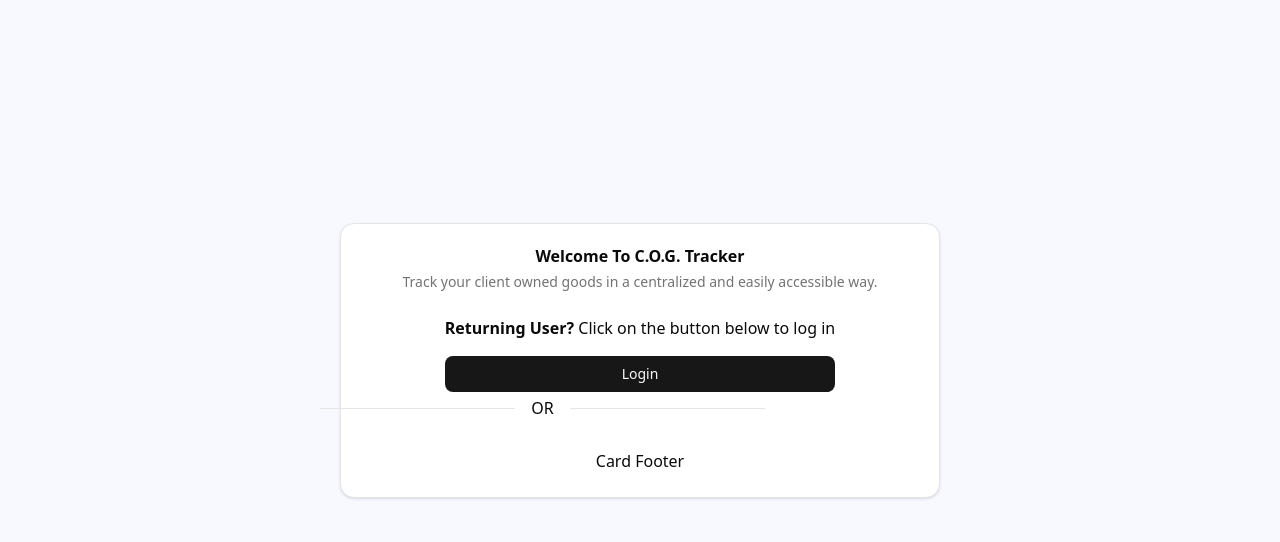
Repository: Renzo-Salosagcol/cog_tracker
Page: /
These files come from the project's save history. The page is drawn as it stood at one moment and after the next save; the edit follows.
The browser window is 1280 px wide. The pictures show the whole page.
The project was rebuilt for these pictures with package versions that can differ from the ones it lists, and the page was loaded fresh each time. The framework's server and built-in components were replaced by stand-ins that run in the browser. Also part of the build but not shown: next.config.ts.

Above is the page before, as saved 2025-12-17 23:26:26.

### app/layout.tsx
import type { Metadata } from "next";
import { Geist, Geist_Mono } from "next/font/google";
import "./globals.css";

const geistSans = Geist({
  variable: "--font-geist-sans",
  subsets: ["latin"],
});

const geistMono = Geist_Mono({
  variable: "--font-geist-mono",
  subsets: ["latin"],
});

export const metadata: Metadata = {
  title: "COG Tracker",
  description: "COG tracker created to track client owned goods in a centralized and easily accessible way",
};

export default function RootLayout({
  children,
}: Readonly<{
  children: React.ReactNode;
}>) {
  return (
    <html lang="en">
      <body
        className={`${geistSans.variable} ${geistMono.variable} antialiased`}
      >
        {children}
      </body>
    </html>
  );
}

### app/page.tsx
import {
  Card,
  CardAction,
  CardContent,
  CardDescription,
  CardFooter,
  CardHeader,
  CardTitle,
} from "@/components/ui/card"
import { Separator } from "@/components/ui/separator"
import { Button } from "@/components/ui/button"

export default function Home() {
  return (
    <div className="root-page-element bg-background">
      <Card className="*
        glassmorphism flex flex-cols-1 min-w-150 items-center justify-center">
        <CardHeader className="w-full items-center justify-center text-center">
          <CardTitle>
            Welcome To C.O.G. Tracker
          </CardTitle>
          <CardDescription>
            Track your client owned goods in a centralized and easily accessible way.
          </CardDescription>
        </CardHeader>
        <CardContent>
          <div className="w-full flex flex-col items-center justify-center gap-4">
            <p>
              <span className="font-semibold">Returning User? </span>
              Click on the button below to log in
            </p>
          <Button className="
            w-full">
            Login
          </Button>
          </div>
          <div className="w-1/2 flex flex-row items-center justify-center">
            <Separator className="m-4" />
            OR
            <Separator className="m-4" />
          </div>
        </CardContent>
        <CardFooter>
          <p>Card Footer</p>
        </CardFooter>
      </Card>
    </div>
  );
}

### app/globals.css
@import "tailwindcss";
@import "tw-animate-css";

@custom-variant dark (&:is(.dark *));

@theme inline {
  --radius-sm: calc(var(--radius) - 4px);
  --radius-md: calc(var(--radius) - 2px);
  --radius-lg: var(--radius);
  --radius-xl: calc(var(--radius) + 4px);
  --radius-2xl: calc(var(--radius) + 8px);
  --radius-3xl: calc(var(--radius) + 12px);
  --radius-4xl: calc(var(--radius) + 16px);
  --color-background: var(--background);
  --color-foreground: var(--foreground);
  --color-card: var(--card);
  --color-card-foreground: var(--card-foreground);
  --color-popover: var(--popover);
  --color-popover-foreground: var(--popover-foreground);
  --color-primary: var(--primary);
  --color-primary-foreground: var(--primary-foreground);
  --color-secondary: var(--secondary);
  --color-secondary-foreground: var(--secondary-foreground);
  --color-muted: var(--muted);
  --color-muted-foreground: var(--muted-foreground);
  --color-accent: var(--accent);
  --color-accent-foreground: var(--accent-foreground);
  --color-destructive: var(--destructive);
  --color-border: var(--border);
  --color-input: var(--input);
  --color-ring: var(--ring);
  --color-chart-1: var(--chart-1);
  --color-chart-2: var(--chart-2);
  --color-chart-3: var(--chart-3);
  --color-chart-4: var(--chart-4);
  --color-chart-5: var(--chart-5);
  --color-sidebar: var(--sidebar);
  --color-sidebar-foreground: var(--sidebar-foreground);
  --color-sidebar-primary: var(--sidebar-primary);
  --color-sidebar-primary-foreground: var(--sidebar-primary-foreground);
  --color-sidebar-accent: var(--sidebar-accent);
  --color-sidebar-accent-foreground: var(--sidebar-accent-foreground);
  --color-sidebar-border: var(--sidebar-border);
  --color-sidebar-ring: var(--sidebar-ring);
}

:root {
  --radius: 0.625rem;
  --background: #f8f8ff; /* Ghost White */
  --foreground: #080808; /* Vampire Black */
  --card: oklch(1 0 0);
  --card-foreground: oklch(0.145 0 0);
  --popover: oklch(1 0 0);
  --popover-foreground: oklch(0.145 0 0);
  --primary: oklch(0.205 0 0);
  --primary-foreground: oklch(0.985 0 0);
  --secondary: oklch(0.97 0 0);
  --secondary-foreground: oklch(0.205 0 0);
  --muted: oklch(0.97 0 0);
  --muted-foreground: oklch(0.556 0 0);
  --accent: oklch(0.97 0 0);
  --accent-foreground: oklch(0.205 0 0);
  --destructive: oklch(0.577 0.245 27.325);
  --border: oklch(0.922 0 0);
  --input: oklch(0.922 0 0);
  --ring: oklch(0.708 0 0);
  --chart-1: oklch(0.646 0.222 41.116);
  --chart-2: oklch(0.6 0.118 184.704);
  --chart-3: oklch(0.398 0.07 227.392);
  --chart-4: oklch(0.828 0.189 84.429);
  --chart-5: oklch(0.769 0.188 70.08);
  --sidebar: oklch(0.985 0 0);
  --sidebar-foreground: oklch(0.145 0 0);
  --sidebar-primary: oklch(0.205 0 0);
  --sidebar-primary-foreground: oklch(0.985 0 0);
  --sidebar-accent: oklch(0.97 0 0);
  --sidebar-accent-foreground: oklch(0.205 0 0);
  --sidebar-border: oklch(0.922 0 0);
  --sidebar-ring: oklch(0.708 0 0);
}

.dark {
  --background: #080808; /* Vampire Black */
  --foreground: #f8f8ff; /* Ghost White */
  --card: oklch(0.205 0 0);
  --card-foreground: oklch(0.985 0 0);
  --popover: oklch(0.205 0 0);
  --popover-foreground: oklch(0.985 0 0);
  --primary: oklch(0.922 0 0);
  --primary-foreground: oklch(0.205 0 0);
  --secondary: oklch(0.269 0 0);
  --secondary-foreground: oklch(0.985 0 0);
  --muted: oklch(0.269 0 0);
  --muted-foreground: oklch(0.708 0 0);
  --accent: oklch(0.269 0 0);
  --accent-foreground: oklch(0.985 0 0);
  --destructive: oklch(0.704 0.191 22.216);
  --border: oklch(1 0 0 / 10%);
  --input: oklch(1 0 0 / 15%);
  --ring: oklch(0.556 0 0);
  --chart-1: oklch(0.488 0.243 264.376);
  --chart-2: oklch(0.696 0.17 162.48);
  --chart-3: oklch(0.769 0.188 70.08);
  --chart-4: oklch(0.627 0.265 303.9);
  --chart-5: oklch(0.645 0.246 16.439);
  --sidebar: oklch(0.205 0 0);
  --sidebar-foreground: oklch(0.985 0 0);
  --sidebar-primary: oklch(0.488 0.243 264.376);
  --sidebar-primary-foreground: oklch(0.985 0 0);
  --sidebar-accent: oklch(0.269 0 0);
  --sidebar-accent-foreground: oklch(0.985 0 0);
  --sidebar-border: oklch(1 0 0 / 10%);
  --sidebar-ring: oklch(0.556 0 0);
}

@layer base {
  * {
    @apply border-border outline-ring/50;
  }
  body {
    @apply bg-background text-foreground;
  }
}

@utility root-page-element {
  @apply min-h-screen flex flex-col items-center justify-center;
}

@utility glassmorphism {
  @apply bg-background/70 backdrop-blur-lg
}

### components/ui/card.tsx
import * as React from "react"

import { cn } from "@/lib/utils"

function Card({ className, ...props }: React.ComponentProps<"div">) {
  return (
    <div
      data-slot="card"
      className={cn(
        "bg-card text-card-foreground flex flex-col gap-6 rounded-xl border py-6 shadow-sm",
        className
      )}
      {...props}
    />
  )
}

function CardHeader({ className, ...props }: React.ComponentProps<"div">) {
  return (
    <div
      data-slot="card-header"
      className={cn(
        "@container/card-header grid auto-rows-min grid-rows-[auto_auto] items-start gap-2 px-6 has-data-[slot=card-action]:grid-cols-[1fr_auto] [.border-b]:pb-6",
        className
      )}
      {...props}
    />
  )
}

function CardTitle({ className, ...props }: React.ComponentProps<"div">) {
  return (
    <div
      data-slot="card-title"
      className={cn("leading-none font-semibold", className)}
      {...props}
    />
  )
}

function CardDescription({ className, ...props }: React.ComponentProps<"div">) {
  return (
    <div
      data-slot="card-description"
      className={cn("text-muted-foreground text-sm", className)}
      {...props}
    />
  )
}

function CardAction({ className, ...props }: React.ComponentProps<"div">) {
  return (
    <div
      data-slot="card-action"
      className={cn(
        "col-start-2 row-span-2 row-start-1 self-start justify-self-end",
        className
      )}
      {...props}
    />
  )
}

function CardContent({ className, ...props }: React.ComponentProps<"div">) {
  return (
    <div
      data-slot="card-content"
      className={cn("px-6", className)}
      {...props}
    />
  )
}

function CardFooter({ className, ...props }: React.ComponentProps<"div">) {
  return (
    <div
      data-slot="card-footer"
      className={cn("flex items-center px-6 [.border-t]:pt-6", className)}
      {...props}
    />
  )
}

export {
  Card,
  CardHeader,
  CardFooter,
  CardTitle,
  CardAction,
  CardDescription,
  CardContent,
}

### components/ui/button.tsx
import * as React from "react"
import { Slot } from "@radix-ui/react-slot"
import { cva, type VariantProps } from "class-variance-authority"

import { cn } from "@/lib/utils"

const buttonVariants = cva(
  "inline-flex items-center justify-center gap-2 whitespace-nowrap rounded-md text-sm font-medium transition-all disabled:pointer-events-none disabled:opacity-50 [&_svg]:pointer-events-none [&_svg:not([class*='size-'])]:size-4 shrink-0 [&_svg]:shrink-0 outline-none focus-visible:border-ring focus-visible:ring-ring/50 focus-visible:ring-[3px] aria-invalid:ring-destructive/20 dark:aria-invalid:ring-destructive/40 aria-invalid:border-destructive hover:cursor-pointer",
  {
    variants: {
      variant: {
        default: "bg-primary text-primary-foreground hover:bg-primary/90",
        destructive:
          "bg-destructive text-white hover:bg-destructive/90 focus-visible:ring-destructive/20 dark:focus-visible:ring-destructive/40 dark:bg-destructive/60",
        outline:
          "border bg-background shadow-xs hover:bg-accent hover:text-accent-foreground dark:bg-input/30 dark:border-input dark:hover:bg-input/50",
        secondary:
          "bg-secondary text-secondary-foreground hover:bg-secondary/80",
        ghost:
          "hover:bg-accent hover:text-accent-foreground dark:hover:bg-accent/50",
        link: "text-primary underline-offset-4 hover:underline",
      },
      size: {
        default: "h-9 px-4 py-2 has-[>svg]:px-3",
        sm: "h-8 rounded-md gap-1.5 px-3 has-[>svg]:px-2.5",
        lg: "h-10 rounded-md px-6 has-[>svg]:px-4",
        icon: "size-9",
        "icon-sm": "size-8",
        "icon-lg": "size-10",
      },
    },
    defaultVariants: {
      variant: "default",
      size: "default",
    },
  }
)

function Button({
  className,
  variant = "default",
  size = "default",
  asChild = false,
  ...props
}: React.ComponentProps<"button"> &
  VariantProps<typeof buttonVariants> & {
    asChild?: boolean
  }) {
  const Comp = asChild ? Slot : "button"

  return (
    <Comp
      data-slot="button"
      data-variant={variant}
      data-size={size}
      className={cn(buttonVariants({ variant, size, className }))}
      {...props}
    />
  )
}

export { Button, buttonVariants }

Loaded but not shown: components/ui/separator.tsx (common file); lib/utils.ts (common file)

After the next save:
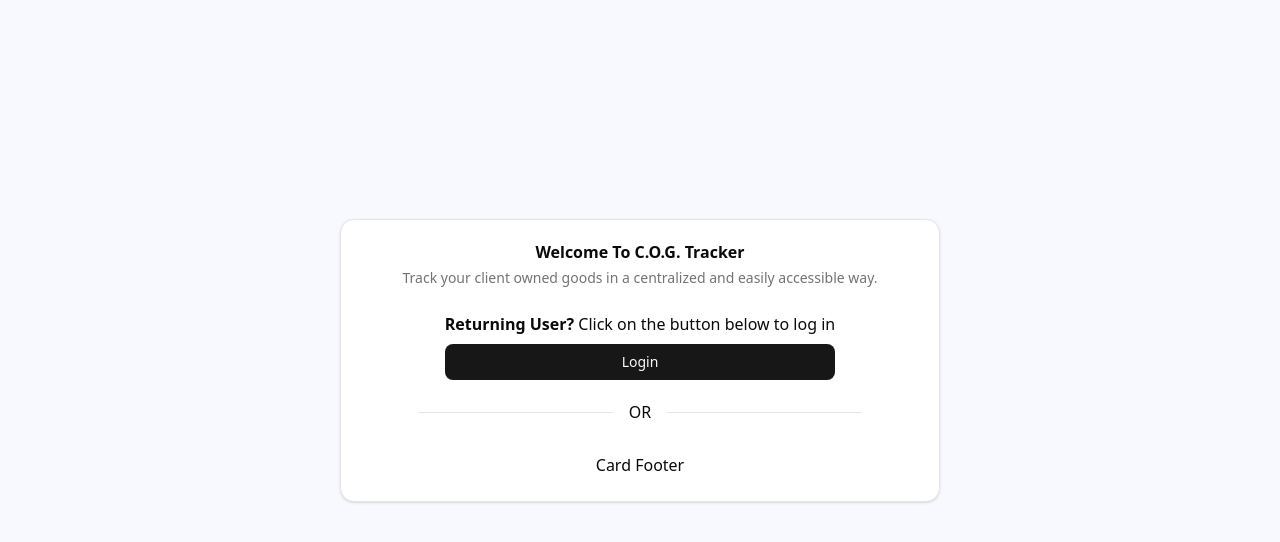
Saved 23 s later.
--- a/app/page.tsx
+++ b/app/page.tsx
@@ -23,8 +23,8 @@ export default function Home() {
             Track your client owned goods in a centralized and easily accessible way.
           </CardDescription>
         </CardHeader>
-        <CardContent>
-          <div className="w-full flex flex-col items-center justify-center gap-4">
+        <CardContent className="flex flex-col items-center justify-center gap-4">
+          <div className="w-full flex flex-col items-center justify-center gap-2">
             <p>
               <span className="font-semibold">Returning User? </span>
               Click on the button below to log in
